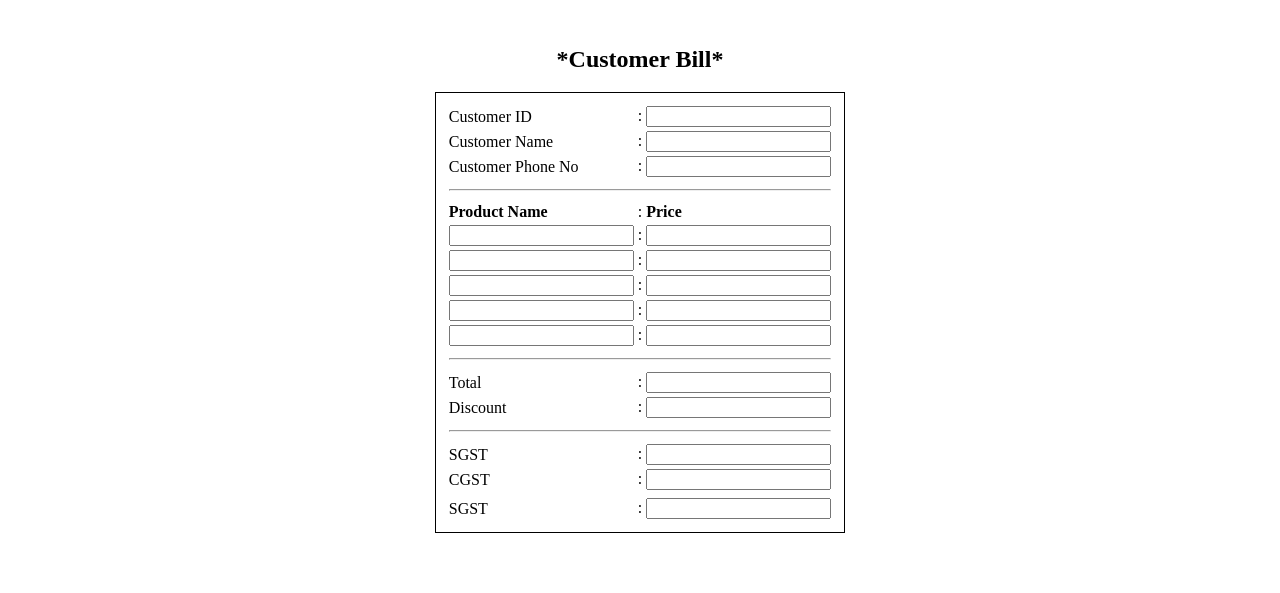
Repository: gajanansp07/Advance_Java_Practice
Page: http://localhost/JspPro/JspTest.jsp
The author's editor kept a copy of each file at every save. The page is drawn from the files as they stood at one save, then again after the next save.
The browser window is 1280 px wide. The pictures show the whole page.
The page is served by Tomcat 9.

Above is the page before, as saved 2022-03-13 14:42:12.

### JspPro/src/main/webapp/JspTest.jsp
<%@ page language="java" contentType="text/html; charset=ISO-8859-1"
    pageEncoding="ISO-8859-1"%>
<!DOCTYPE html>
<html>
<head>
<meta charset="ISO-8859-1">
<title>Insert title here</title>
<style>
        body {
            margin-top: 2%;
        }

        td {
            padding: 1px;
        }

        table {
        	border : 1px solid;
        	padding :10px;
            text-align: -webkit-center;
        }
    </style>
</head>
<body>
	<form action="CustBill.jsp" method="get" >
	<table align="center">
	<caption><h2>*Customer Bill*</h2></caption>
	<tr><td>Customer ID</td><td> :  <input type="text" name="cname" id="cname"> </td></tr>
	<tr><td>Customer Name</td><td> :  <input type="text" name="cname" id="cname"> </td></tr>
	<tr><td>Customer Phone No</td><td> :  <input type="text" name="cname" id="cname"> </td></tr>
	<tr><td colspan=2><hr /></td> </tr>
	<tr><td><b>Product Name</b></td><td> :  <b>Price</b> </td></tr>
	<tr><td> <input type="text" name="cname" id="cname"></td><td> :  <input type="text" name="cname" id="cname"> </td></tr>
	<tr><td> <input type="text" name="cname" id="cname"></td><td> :  <input type="text" name="cname" id="cname"> </td></tr>
	<tr><td> <input type="text" name="cname" id="cname"></td><td> :  <input type="text" name="cname" id="cname"> </td></tr>
	<tr><td> <input type="text" name="cname" id="cname"></td><td> :  <input type="text" name="cname" id="cname"> </td></tr>
	<tr><td> <input type="text" name="cname" id="cname"></td><td> :  <input type="text" name="cname" id="cname"> </td></tr>
	<tr><td colspan=2> <hr /></td> </tr>
	<tr><td> Total</td><td> :  <input type="text" name="cname" id="cname"> </td></tr>
	<tr><td> Discount </td><td> :  <input type="text" name="cname" id="cname"> </td></tr>
	<tr><td colspan=2><hr /></td> </tr>
	<tr><td> SGST</td><td> :  <input type="text" name="cname" id="cname"> </td></tr>
	<tr><td> CGST</td><td> :  <input type="text" name="cname" id="cname"> </td></tr>
	<tr><td></td> </tr>
	<tr><td> SGST</td><td> :  <input type="text" name="cname" id="cname"> </td></tr>
	</table>
	</form>

</body>
</html>

After the next save:
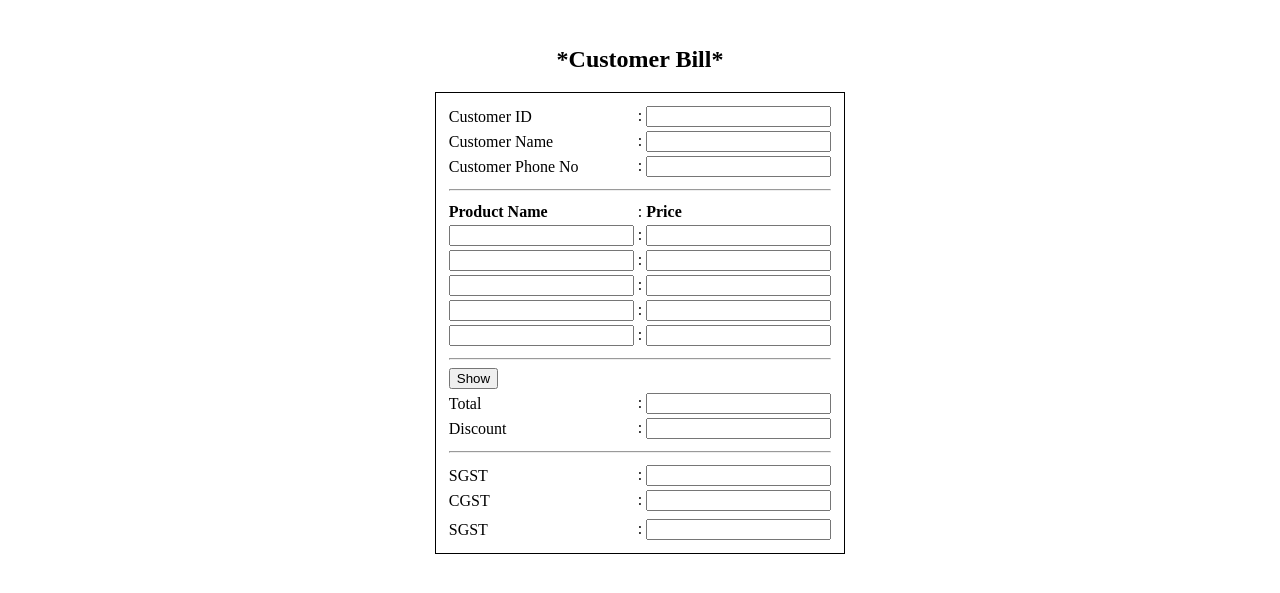
Saved 60 s later.
--- a/JspPro/src/main/webapp/JspTest.jsp
+++ b/JspPro/src/main/webapp/JspTest.jsp
@@ -35,7 +35,7 @@
 	<tr><td> <input type="text" name="cname" id="cname"></td><td> :  <input type="text" name="cname" id="cname"> </td></tr>
 	<tr><td> <input type="text" name="cname" id="cname"></td><td> :  <input type="text" name="cname" id="cname"> </td></tr>
 	<tr><td> <input type="text" name="cname" id="cname"></td><td> :  <input type="text" name="cname" id="cname"> </td></tr>
-	<tr><td colspan=2> <hr /></td> </tr>
+	<tr><td colspan=2> <hr /> <input type="button" value="Show"></td> </tr>
 	<tr><td> Total</td><td> :  <input type="text" name="cname" id="cname"> </td></tr>
 	<tr><td> Discount </td><td> :  <input type="text" name="cname" id="cname"> </td></tr>
 	<tr><td colspan=2><hr /></td> </tr>
